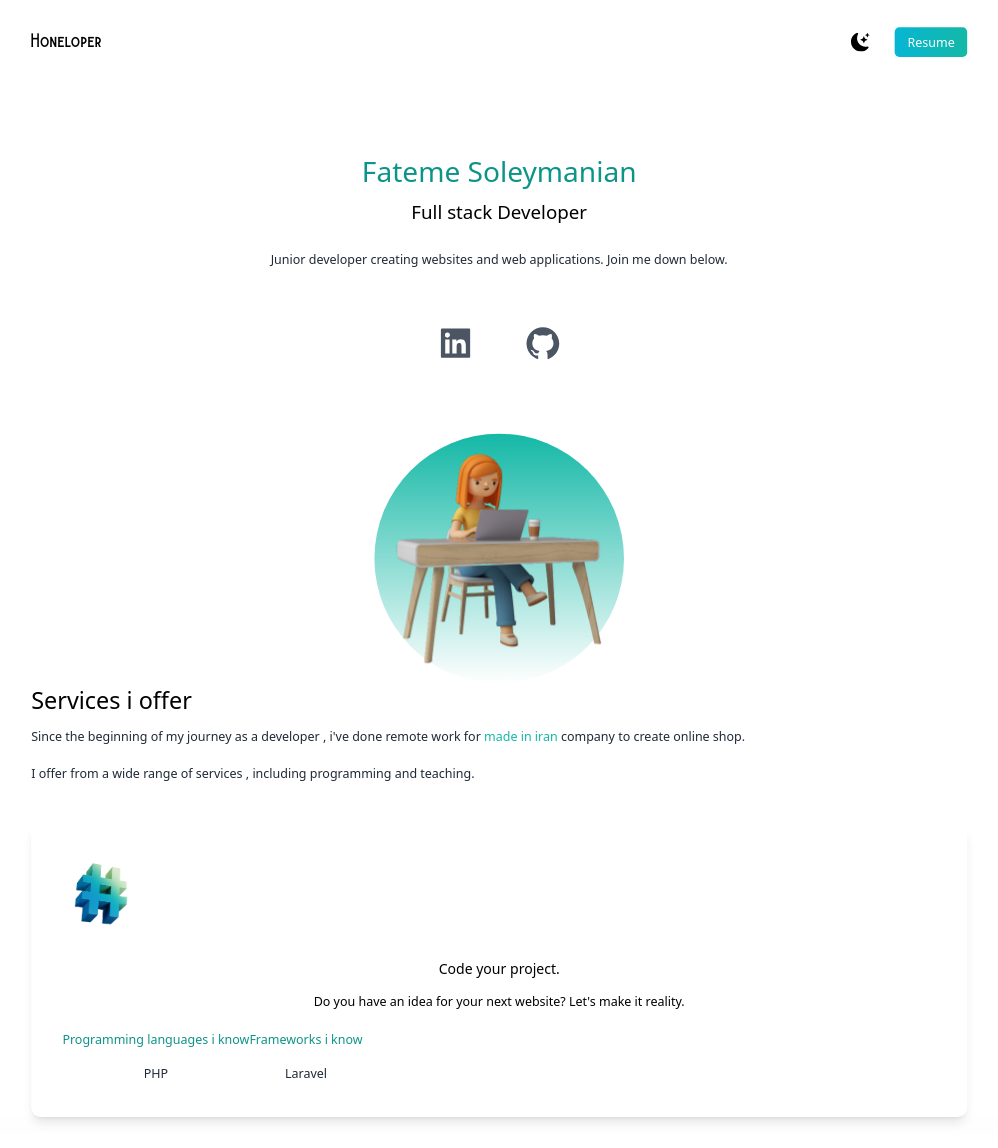
Repository: fatemesoleymanian/portfolio
Page: /
An editor plug-in stored every save of this project. The page is shown before and after the next save, followed by the edit.
The browser window is 1280 px wide. The pictures show the whole page, at 78% of full size.
The project was rebuilt for these pictures with package versions that can differ from the ones it lists, and the page was loaded fresh each time. The framework's server and built-in components were replaced by stand-ins that run in the browser. Also part of the build but not shown: next.config.js.

Above is the page before, as saved 2023-03-10 15:53:53.

### pages/index.js
import Head from 'next/head'
import { BsFillMoonStarsFill } from 'react-icons/bs'
import { AiFillLinkedin, AiFillGithub } from 'react-icons/ai'
import Image from 'next/image'
import honeloper from '../public/honeloper3d.png'
import code from '../public/code.png'
export default function Home() {
  return (
    <>
      <Head>
        <title>My Portfolio</title>
        <meta name="description" content="Generated by create next app" />
        <meta name="viewport" content="width=device-width, initial-scale=1" />
        <link rel="icon" href="/favicon.ico" />
      </Head>
      <main className='bg-white px-10'>
        <section className="min-h-screen">
          <nav className='py-10 mb-12 flex justify-between'>
            <h1 className='text-xl font-burtons'>Honeloper</h1>
            <ul className='flex items-center'>
              <li>
                <BsFillMoonStarsFill className='cursor-pointer text-2xl' />
              </li>
              <li>
                <a className="bg-gradient-to-r from-cyan-500 to-teal-500 text-white px-4 py-2 rounded-md ml-8"
                  href="https://jobvision.ir/cv/97158940-111758">Resume</a>
              </li>
            </ul>
          </nav>
          <div className='text-center p-9'>
            <h2 className='text-4xl py-2 text-teal-600 font-medium'>
              Fateme Soleymanian</h2>
            <h3 className='text-2xl py-2'>Full stack Developer</h3>
            <p className='text-md py-5 leading-8 text-gray-800'>
              Junior developer creating websites and web applications. Join me down below.</p>
          </div>
          <div className='text-5xl flex  justify-center gap-16 py-3 text-gray-600'>
            <a href="https://www.linkedin.com/in/fateme-soleymanian-b2713a225">
              <AiFillLinkedin />  </a>
            <a href="https://github.com/fatemesoleymanian">
              <AiFillGithub />
            </a>
          </div>
          <div className='relative bg-gradient-to-b from-teal-500 rounded-full
          mx-auto md:w-80 md:h-80 mt-20'>
            <Image src={honeloper} alt="honeloper" />
          </div>
        </section>

        <section>
          <div>
            <h3 className='text-3xl py-1'>
              Services i offer
            </h3>
            <p className='text-md py-2 leading-8 text-gray-800'>
              Since the beginning of my journey as a developer , i've done remote work for
              <span className='text-teal-500'><a href="https://madein-iran.com"> made in iran </a></span> company to create online shop.
            </p>
            <p className='text-md py-2 leading-8 text-gray-800'>
              I offer from a wide range of services , including programming and teaching.
            </p>
          </div>
          <div>
            <div className='text-center shadow-lg p-10 rounded-xl my-10'>
              <Image src={code} width={100} height={100} />
              <h3 className='text-lg font-medium pt-8 pb-2'>
                Code your project.
              </h3>
              <p className='py-2'>Do you have an idea for your next website?
                Let's make it reality.</p>
             <div className='flex'>
             <div className=''>
                <h4 className='py-4 text-teal-600'>Programming languages i know</h4>
                <p className='text-gray-800 py-1'>PHP</p>
              </div>
              <div className=''>
                <h4 className='py-4 text-teal-600'>Frameworks i know</h4>
                <p className='text-gray-800 py-1'>Laravel</p>
              </div>
             </div>
            </div>
          </div>
        </section>
      </main>
    </>
  )
}

### styles/globals.css
@tailwind base;
@tailwind components;
@tailwind utilities;
:root {
  --max-width: 1100px;
  --border-radius: 12px;
  --font-mono: ui-monospace, Menlo, Monaco, 'Cascadia Mono', 'Segoe UI Mono',
    'Roboto Mono', 'Oxygen Mono', 'Ubuntu Monospace', 'Source Code Pro',
    'Fira Mono', 'Droid Sans Mono', 'Courier New', monospace;

  --foreground-rgb: 0, 0, 0;
  --background-start-rgb: 214, 219, 220;
  --background-end-rgb: 255, 255, 255;

  --primary-glow: conic-gradient(
    from 180deg at 50% 50%,
    #16abff33 0deg,
    #0885ff33 55deg,
    #54d6ff33 120deg,
    #0071ff33 160deg,
    transparent 360deg
  );
  --secondary-glow: radial-gradient(
    rgba(255, 255, 255, 1),
    rgba(255, 255, 255, 0)
  );

  --tile-start-rgb: 239, 245, 249;
  --tile-end-rgb: 228, 232, 233;
  --tile-border: conic-gradient(
    #00000080,
    #00000040,
    #00000030,
    #00000020,
    #00000010,
    #00000010,
    #00000080
  );

  --callout-rgb: 238, 240, 241;
  --callout-border-rgb: 172, 175, 176;
  --card-rgb: 180, 185, 188;
  --card-border-rgb: 131, 134, 135;
}

@media (prefers-color-scheme: dark) {
  :root {
    --foreground-rgb: 255, 255, 255;
    --background-start-rgb: 0, 0, 0;
    --background-end-rgb: 0, 0, 0;

    --primary-glow: radial-gradient(rgba(1, 65, 255, 0.4), rgba(1, 65, 255, 0));
    --secondary-glow: linear-gradient(
      to bottom right,
      rgba(1, 65, 255, 0),
      rgba(1, 65, 255, 0),
      rgba(1, 65, 255, 0.3)
    );

    --tile-start-rgb: 2, 13, 46;
    --tile-end-rgb: 2, 5, 19;
    --tile-border: conic-gradient(
      #ffffff80,
      #ffffff40,
      #ffffff30,
      #ffffff20,
      #ffffff10,
      #ffffff10,
      #ffffff80
    );

    --callout-rgb: 20, 20, 20;
    --callout-border-rgb: 108, 108, 108;
    --card-rgb: 100, 100, 100;
    --card-border-rgb: 200, 200, 200;
  }
}

* {
  box-sizing: border-box;
  padding: 0;
  margin: 0;
}

html,
body {
  max-width: 100vw;
  overflow-x: hidden;
}

body {
  color: rgb(var(--foreground-rgb));
  background: linear-gradient(
      to bottom,
      transparent,
      rgb(var(--background-end-rgb))
    )
    rgb(var(--background-start-rgb));
}

a {
  color: inherit;
  text-decoration: none;
}

@font-face {
  font-family: "burtons";
  src: url('../public/Burtons.otf');
}

### tailwind.config.js
/** @type {import('tailwindcss').Config} */
module.exports = {
  content: [
    "./app/**/*.{js,ts,jsx,tsx}",
    "./pages/**/*.{js,ts,jsx,tsx}",
    "./components/**/*.{js,ts,jsx,tsx}",

  ],
  theme: {
    extend: {
      fontFamily:{
        burtons: "burtons",
      }
    },
  },
  plugins: [],
}

Loaded but not shown: pages/_app.js (common file); pages/_document.js (common file)

After the next save:
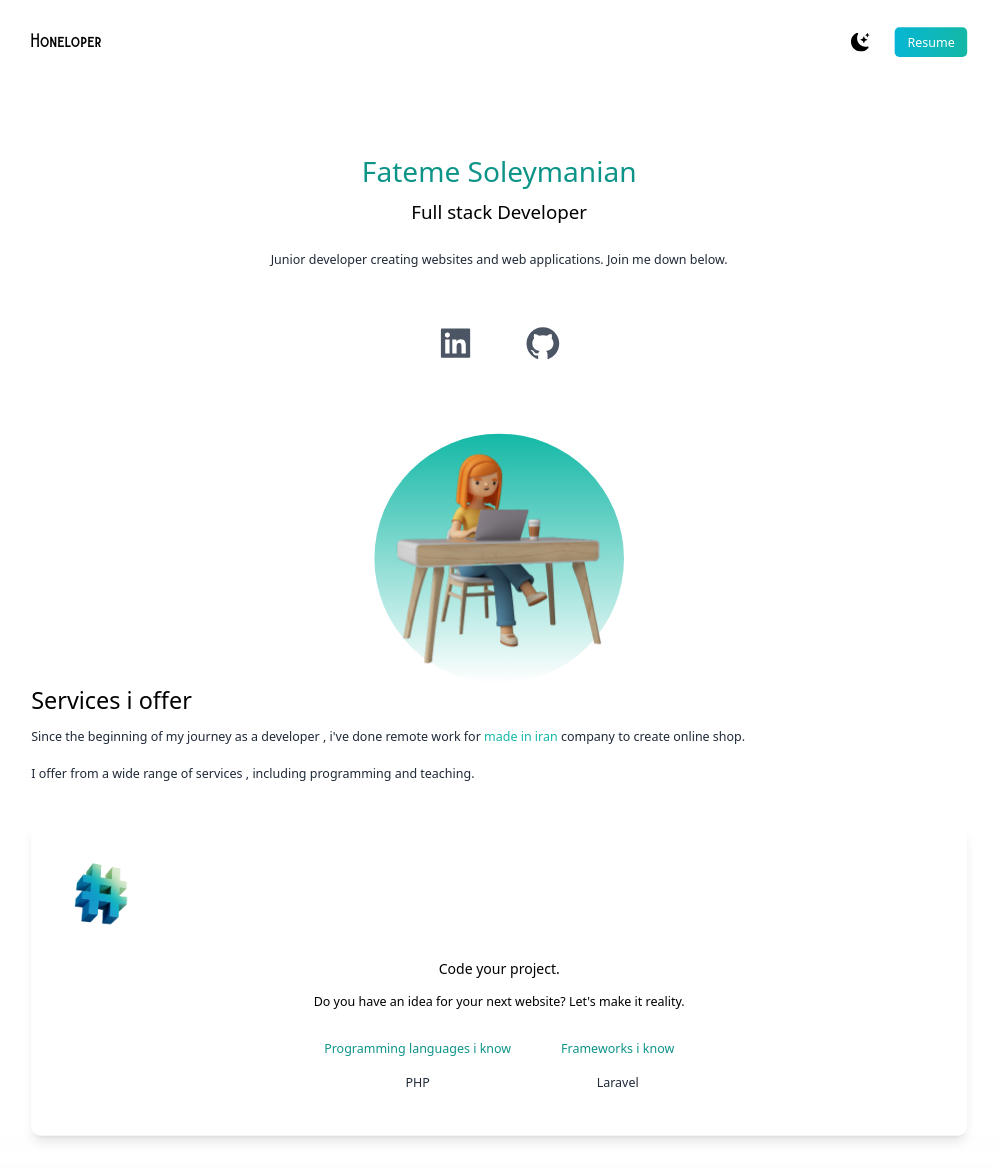
Saved 2 min 2 s later.
--- a/pages/index.js
+++ b/pages/index.js
@@ -34,7 +34,7 @@ export default function Home() {
             <p className='text-md py-5 leading-8 text-gray-800'>
               Junior developer creating websites and web applications. Join me down below.</p>
           </div>
-          <div className='text-5xl flex  justify-center gap-16 py-3 text-gray-600'>
+          <div className='text-5xl flex justify-center gap-16 py-3 text-gray-600'>
             <a href="https://www.linkedin.com/in/fateme-soleymanian-b2713a225">
               <AiFillLinkedin />  </a>
             <a href="https://github.com/fatemesoleymanian">
@@ -68,7 +68,7 @@ export default function Home() {
               </h3>
               <p className='py-2'>Do you have an idea for your next website?
                 Let's make it reality.</p>
-             <div className='flex'>
+             <div className='flex justify-center gap-16 py-3'>
              <div className=''>
                 <h4 className='py-4 text-teal-600'>Programming languages i know</h4>
                 <p className='text-gray-800 py-1'>PHP</p>
